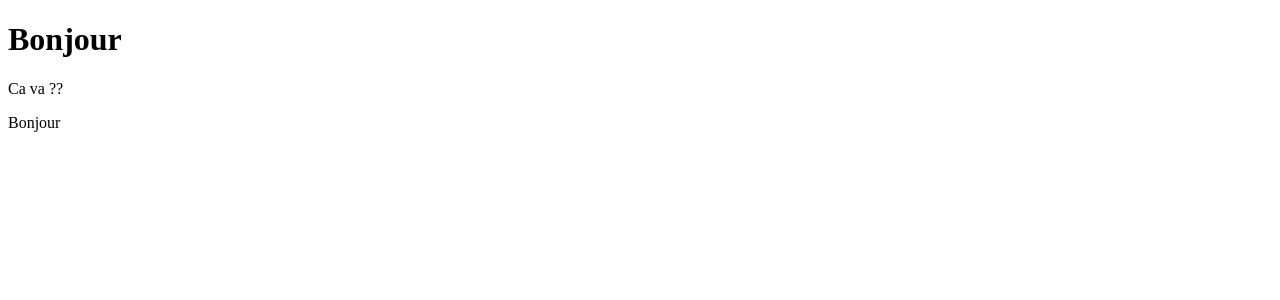
Repository: Aqui05/todo-vue
Page: /
The author's editor kept a copy of each file at every save. The page is drawn from the files as they stood at one save, then again after the next save.
The browser window is 1280 px wide. The pictures show the whole page.
The project was rebuilt for these pictures with package versions that can differ from the ones it lists, and the page was loaded fresh each time. Also part of the build but not shown: vue.config.js.

Above is the page before, as saved 2024-10-31 16:13:28.

After the next save:
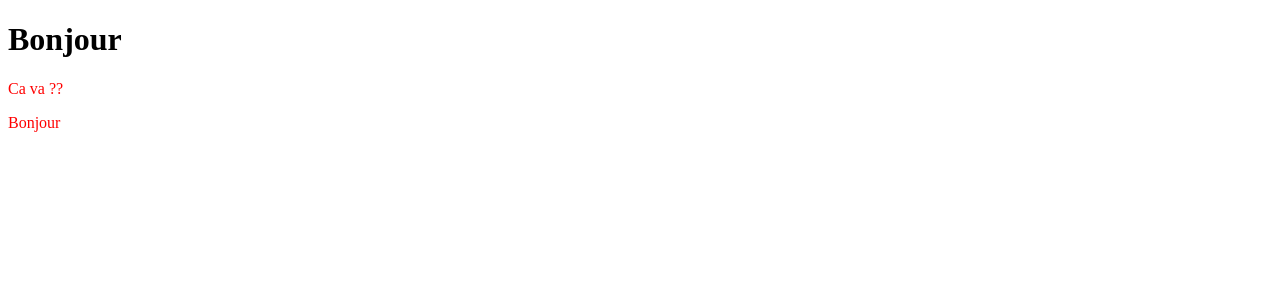
Saved 14 s later.
--- a/src/App.vue
+++ b/src/App.vue
@@ -9,7 +9,7 @@ const message = "Bonjour";
 </script>
 
 <style>
-.p {
+p {
   color: red;
 }
 </style>
